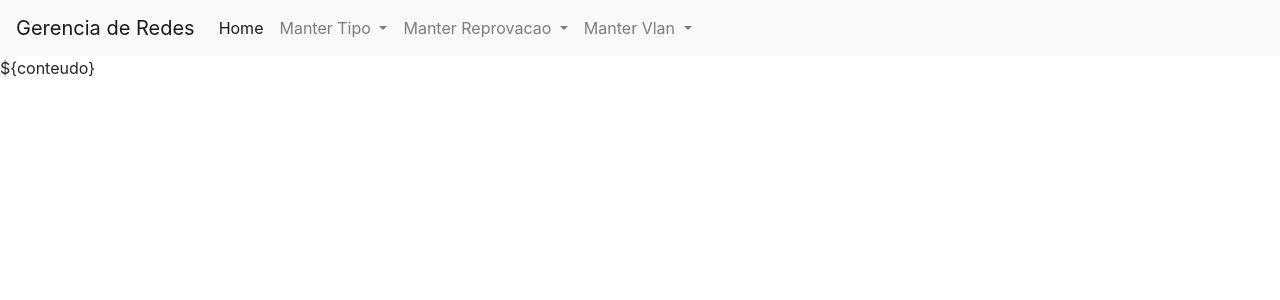
Repository: WilliamEstrela/trabalho1VA-PROG4
Page: CRUDLanManagerV5/WebContent/page.html
These files come from the project's save history. The page is drawn as it stood at one moment and after a run of saves; the edit follows.
The browser window is 1280 px wide. The pictures show the whole page.

Above is the page before, as saved 2019-09-12 00:29:11.

### CRUDLanManagerV5/WebContent/page.html
<!doctype html>
<html lang="en">
  <head>
    <!-- Required meta tags -->
    <meta charset="utf-8">
    <meta name="viewport" content="width=device-width, initial-scale=1, shrink-to-fit=no">

    <!-- Bootstrap CSS -->
    <link rel="stylesheet" href="https://stackpath.bootstrapcdn.com/bootstrap/4.3.1/css/bootstrap.min.css" integrity="sha384-ggOyR0iXCbMQv3Xipma34MD+dH/1fQ784/j6cY/iJTQUOhcWr7x9JvoRxT2MZw1T" crossorigin="anonymous">

    <title>Hello, world!</title>
  </head>
  <body>

	<nav class="navbar navbar-expand-lg navbar-light bg-light">
	  <a class="navbar-brand" href="#">Gerencia de Redes</a>
	  <button class="navbar-toggler" type="button" data-toggle="collapse" data-target="#navbarSupportedContent" aria-controls="navbarSupportedContent" aria-expanded="false" aria-label="Toggle navigation">
	    <span class="navbar-toggler-icon"></span>
	  </button>

			  <div class="collapse navbar-collapse" id="navbarSupportedContent">
			    <ul class="navbar-nav mr-auto">
			      <li class="nav-item active">
			        <a class="nav-link" href="#">Home <span class="sr-only">(current)</span></a>
			      </li>
			      <li class="nav-item dropdown">
			        <a class="nav-link dropdown-toggle" href="#" id="navbarDropdown" role="button" data-toggle="dropdown" aria-haspopup="true" aria-expanded="false">
			          Manter Tipo
			        </a>
			        <div class="dropdown-menu" aria-labelledby="navbarDropdown">
			          <a class="dropdown-item" href="${contextPath}/sistema?casoDeUso=manterTipo&acao=listarTodos">Listar todos</a>
			          <a class="dropdown-item" href="${contextPath}/sistema?casoDeUso=manterTipo&acao=novo">Novo</a>
			          <div class="dropdown-divider"></div>
			          <a class="dropdown-item" href="${contextPath}/sistema?casoDeUso=manterTipo&acao=index">Inicio</a>
			        </div>
			      </li>

			      <li class="nav-item dropdown">
			        <a class="nav-link dropdown-toggle" href="#" id="navbarDropdown" role="button" data-toggle="dropdown" aria-haspopup="true" aria-expanded="false">
			          Manter Reprovacao
			        </a>
			        <div class="dropdown-menu" aria-labelledby="navbarDropdown">
			          <a class="dropdown-item" href="${contextPath}/sistema?casoDeUso=manterReprovacao&acao=listarTodos">Listar Todos</a>
			          <a class="dropdown-item" href="${contextPath}/sistema?casoDeUso=manterReprovacao&acao=novo">Novo</a>
			          <div class="dropdown-divider"></div>
			          <a class="dropdown-item" href="${contextPath}/sistema?casoDeUso=manterReprovacao&acao=index">Inicio</a>
			        </div>
			      </li>

			      			      <li class="nav-item dropdown">
			        <a class="nav-link dropdown-toggle" href="#" id="navbarDropdown" role="button" data-toggle="dropdown" aria-haspopup="true" aria-expanded="false">
			          Manter Vlan
			        </a>
			        <div class="dropdown-menu" aria-labelledby="navbarDropdown">
			          <a class="dropdown-item" href="${contextPath}/sistema?casoDeUso=manterVlan&acao=procurar">Procurar</a>
			          <a class="dropdown-item" href="${contextPath}/sistema?casoDeUso=manterVlan&acao=listarTodos">Listar</a>
			          <a class="dropdown-item" href="${contextPath}/sistema?casoDeUso=manterVlan&acao=novo">Novo</a>
			          <div class="dropdown-divider"></div>
			          <a class="dropdown-item" href="${contextPath}/sistema?casoDeUso=manterVlan&acao=index">Inicio</a>
			        </div>
			      </li>

			    </ul>
			  </div>
			</nav>
			${conteudo}
    <!-- Optional JavaScript -->
    <!-- jQuery first, then Popper.js, then Bootstrap JS -->
    <script src="https://code.jquery.com/jquery-3.3.1.slim.min.js" integrity="sha384-q8i/X+965DzO0rT7abK41JStQIAqVgRVzpbzo5smXKp4YfRvH+8abtTE1Pi6jizo" crossorigin="anonymous"></script>
    <script src="https://cdnjs.cloudflare.com/ajax/libs/popper.js/1.14.7/umd/popper.min.js" integrity="sha384-UO2eT0CpHqdSJQ6hJty5KVphtPhzWj9WO1clHTMGa3JDZwrnQq4sF86dIHNDz0W1" crossorigin="anonymous"></script>
    <script src="https://stackpath.bootstrapcdn.com/bootstrap/4.3.1/js/bootstrap.min.js" integrity="sha384-JjSmVgyd0p3pXB1rRibZUAYoIIy6OrQ6VrjIEaFf/nJGzIxFDsf4x0xIM+B07jRM" crossorigin="anonymous"></script>
  </body>
</html>

After the next 2 saves:
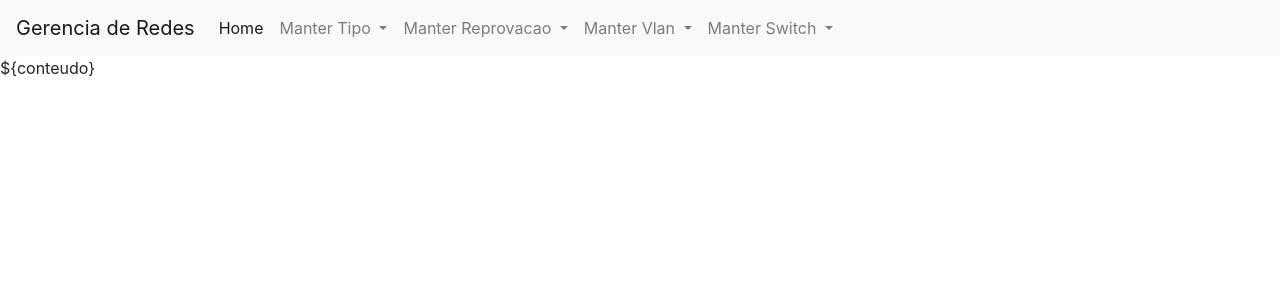
The 2 saves are shown as one change because they came seconds apart.
The last was saved 15 s later.
--- a/CRUDLanManagerV5/WebContent/page.html
+++ b/CRUDLanManagerV5/WebContent/page.html
@@ -59,7 +59,18 @@
 			          <a class="dropdown-item" href="${contextPath}/sistema?casoDeUso=manterVlan&acao=index">Inicio</a>
 			        </div>
 			      </li>
-
+			      			      			      <li class="nav-item dropdown">
+			        <a class="nav-link dropdown-toggle" href="#" id="navbarDropdown" role="button" data-toggle="dropdown" aria-haspopup="true" aria-expanded="false">
+			          Manter Switch
+			        </a>
+			        <div class="dropdown-menu" aria-labelledby="navbarDropdown">
+			          <a class="dropdown-item" href="${contextPath}/sistema?casoDeUso=manterVlan&acao=procurar">Procurar</a>
+			          <a class="dropdown-item" href="${contextPath}/sistema?casoDeUso=manterVlan&acao=listarTodos">Listar</a>
+			          <a class="dropdown-item" href="${contextPath}/sistema?casoDeUso=manterVlan&acao=novo">Novo</a>
+			          <div class="dropdown-divider"></div>
+			          <a class="dropdown-item" href="${contextPath}/sistema?casoDeUso=manterVlan&acao=index">Inicio</a>
+			        </div>
+			      </li>
 			    </ul>
 			  </div>
 			</nav>
